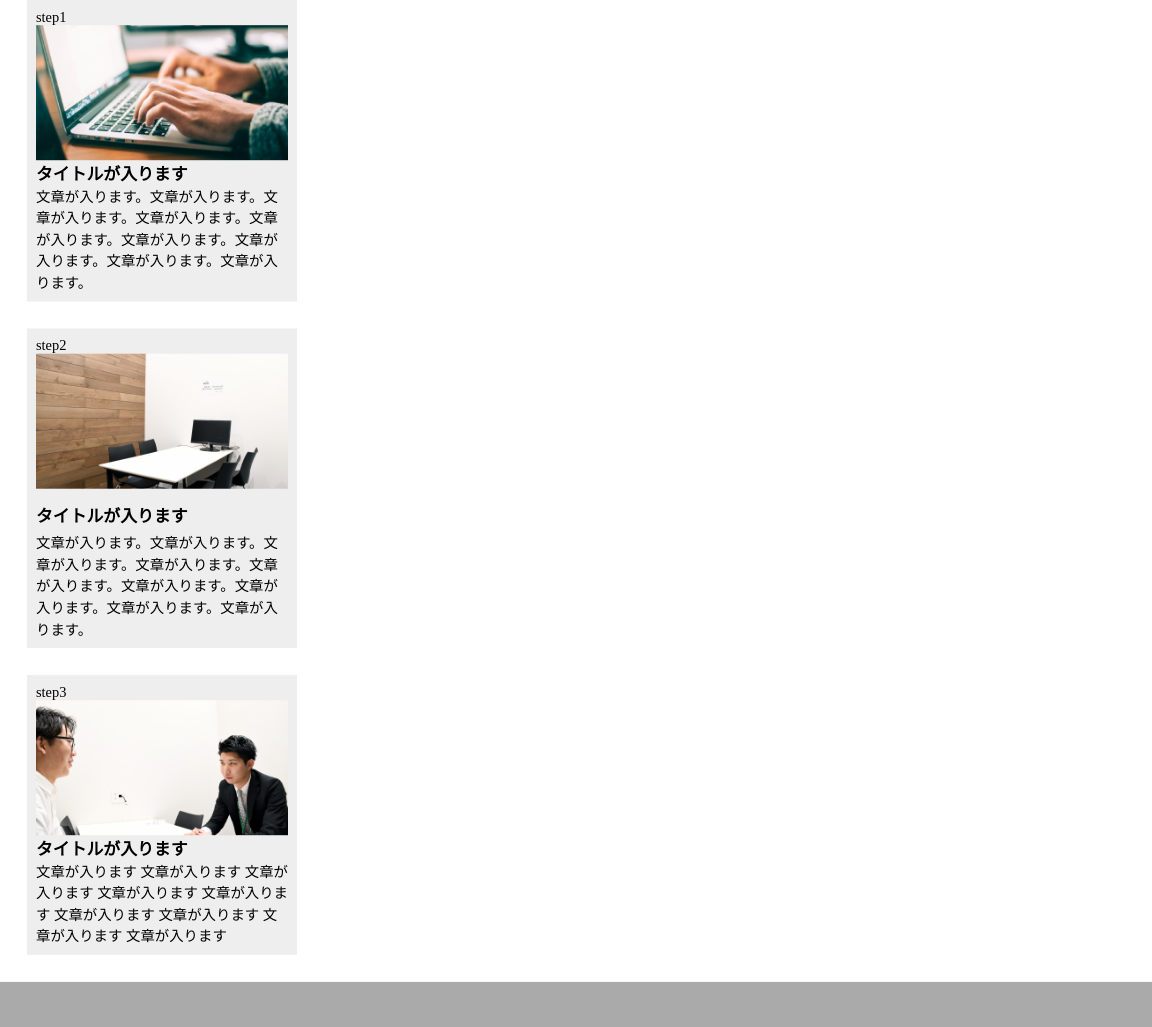
Repository: shizuki-okuma/dmm-webcamp
Page: chapter9_exercise/chapter9_exercise.html
The author's editor kept a record of every edit. The page is drawn from the files as they stood at one moment, then again after the next edit.
The browser window is 1280 px wide. The pictures show the whole page, at 90% of full size.

Above is the page before.

### chapter9_exercise/chapter9_exercise.html
<!DOCTYPE html>
<html lang="ja">
  <head>
    <meta charset="UTF-8" />
    <!-- CSSファイルの読み込み -->
    <link rel="stylesheet" href="style.css" />
    <title>chapter9_exercise</title>
  </head>

  <body>
    <head>
    </head>
    <main>
      <div class="step-box">
        <span class="step-num">step1</span>
        <div class="step-img1"></div>
        <h3>タイトルが入ります</h3>
        <p>文章が入ります。文章が入ります。文章が入ります。文章が入ります。文章が入ります。文章が入ります。文章が入ります。文章が入ります。文章が入ります。</p>
      </div>

      <div class="main-box2">
        <span class="icon">step2</span>
        <div class="image2"></div>
        <h3 class="heading">タイトルが入ります</h3>
        <p>文章が入ります。文章が入ります。文章が入ります。文章が入ります。文章が入ります。文章が入ります。文章が入ります。文章が入ります。文章が入ります。</p>
      </div>

      <div class="main-box3">
        <span class="icon">step3</span>
        <div class="image3"></div>
        <h3>タイトルが入ります</h3>
        <p>文章が入ります 文章が入ります 文章が入ります 文章が入ります 文章が入ります 文章が入ります 文章が入ります 文章が入ります 文章が入ります</p>
      </div>
    </main>
    <footer>

    </footer>

  </body>
</html>

### chapter9_exercise/style.css
* {
  margin: 0;
  padding: 0;
  box-sizing: border-box;
}

header {
  background-color: #FF9a4b;
  height: 50px;
}
.main {
  width: 960px;
  display: flex;
  margin: 50px auto;
}
.step-box {
  width: 300px;
  margin-left: 30px;
  padding: 10px;
  position: relative;
  background-color: #eee;
}
.step-box:last-child {
  margin-right: 0;
}
.step-img1 {
  height: 150px;
  background-image: url(img/flow01.png);
  background-position: bottom;
  background-size: cover;
}
.step-img2 {
  height: 150px;
  background-image: url(img/flow02.png);
  background-position: bottom;
  background-size: cover;
}
.heading {
  margin-top: 15px;
  margin-bottom: 5px;
}
.main-box1 {
  width: 300px;
  background-color: #EEEEEE;
  margin: 30px;
  padding: 10px;
  position: relative;
}
.image1 {
  background-image: url(img/flow01.png);
  background-size: cover;
  background-position: center;
  height: 150px;
}
.main-box2 {
  width: 300px;
  background-color: #EEEEEE;
  margin: 30px;
  padding: 10px;
}
.image2 {
  background-image: url(img/flow02.png);
  background-size: cover;
  background-position: center;
  height: 150px;
}
.main-box3 {
  width: 300px;
  background-color: #EEEEEE;
  margin: 30px;
  padding: 10px;
}

.image3 {
  height: 150px;
  background-image: url(img/flow03.png);
  background-size: cover;
  background-position: center;

}
footer {
  background-color: #AAAAAA;
  height: 50px;
}

After the next edit:
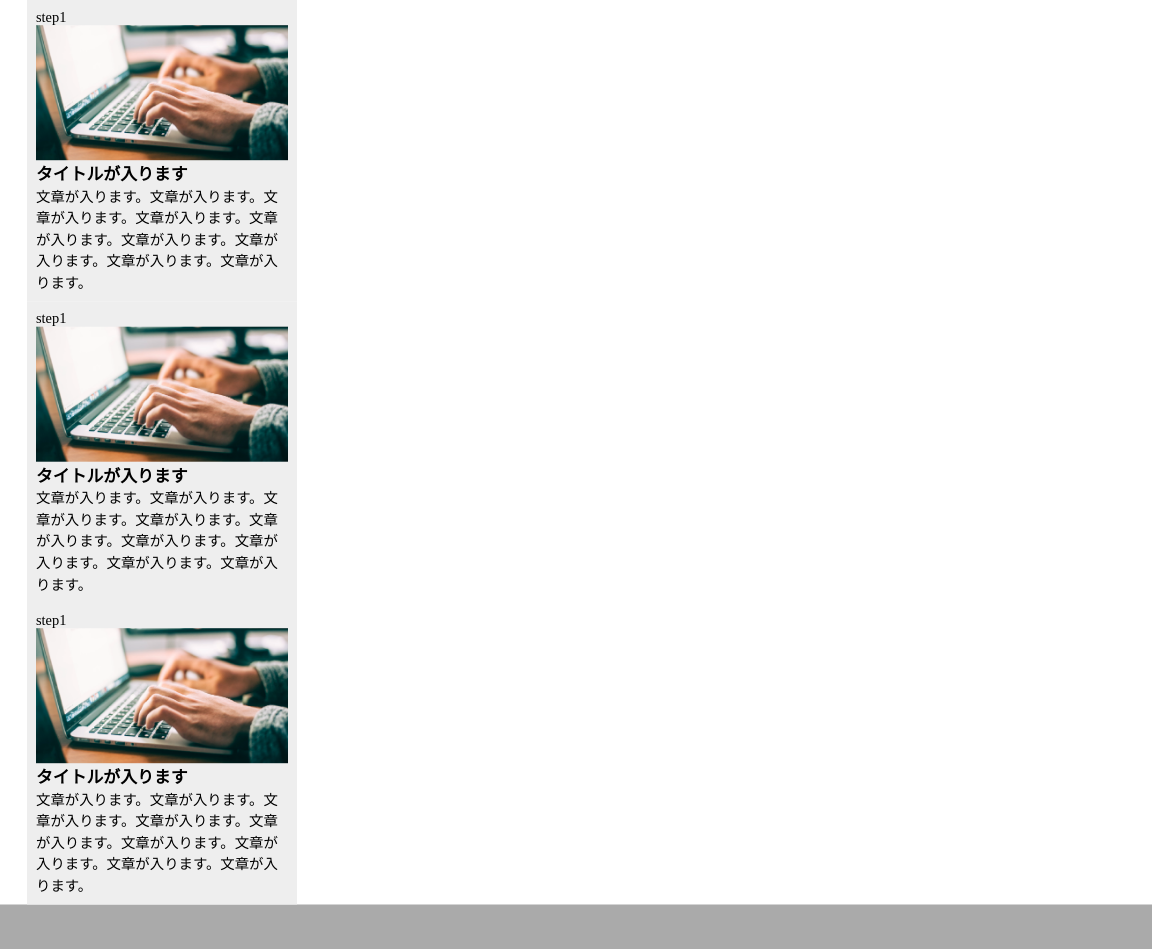
The edit:
--- a/chapter9_exercise/chapter9_exercise.html
+++ b/chapter9_exercise/chapter9_exercise.html
@@ -17,20 +17,19 @@
         <h3>タイトルが入ります</h3>
         <p>文章が入ります。文章が入ります。文章が入ります。文章が入ります。文章が入ります。文章が入ります。文章が入ります。文章が入ります。文章が入ります。</p>
       </div>
-
-      <div class="main-box2">
-        <span class="icon">step2</span>
-        <div class="image2"></div>
-        <h3 class="heading">タイトルが入ります</h3>
+      <div class="step-box">
+        <span class="step-num">step1</span>
+        <div class="step-img1"></div>
+        <h3>タイトルが入ります</h3>
+        <p>文章が入ります。文章が入ります。文章が入ります。文章が入ります。文章が入ります。文章が入ります。文章が入ります。文章が入ります。文章が入ります。</p>
+      </div>
+      <div class="step-box">
+        <span class="step-num">step1</span>
+        <div class="step-img1"></div>
+        <h3>タイトルが入ります</h3>
         <p>文章が入ります。文章が入ります。文章が入ります。文章が入ります。文章が入ります。文章が入ります。文章が入ります。文章が入ります。文章が入ります。</p>
       </div>
 
-      <div class="main-box3">
-        <span class="icon">step3</span>
-        <div class="image3"></div>
-        <h3>タイトルが入ります</h3>
-        <p>文章が入ります 文章が入ります 文章が入ります 文章が入ります 文章が入ります 文章が入ります 文章が入ります 文章が入ります 文章が入ります</p>
-      </div>
     </main>
     <footer>
 
